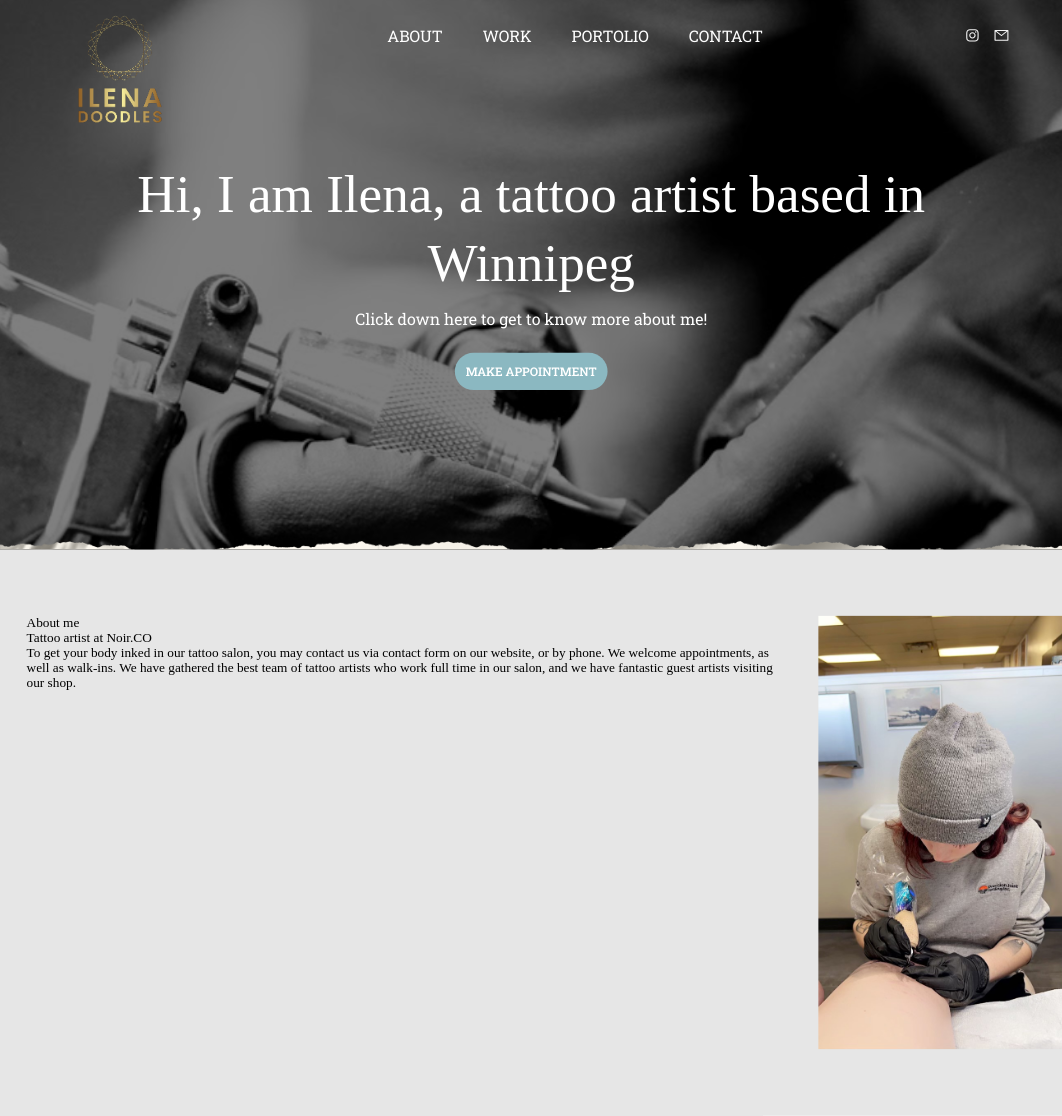
Repository: Leoka2000/Ilena
Page: /
The author's editor kept a copy of each file at every save. The page is drawn from the files as they stood at one save, then again after the next save.
The browser window is 1280 px wide. The pictures show the whole page, at 83% of full size.
Some web fonts or font styles are not loaded; a fallback is used. The project was rebuilt for these pictures with package versions that can differ from the ones it lists, and the page was loaded fresh each time. Also part of the build but not shown: src/App.css.

Above is the page before, as saved 2023-03-02 13:27:50.

After the next save:
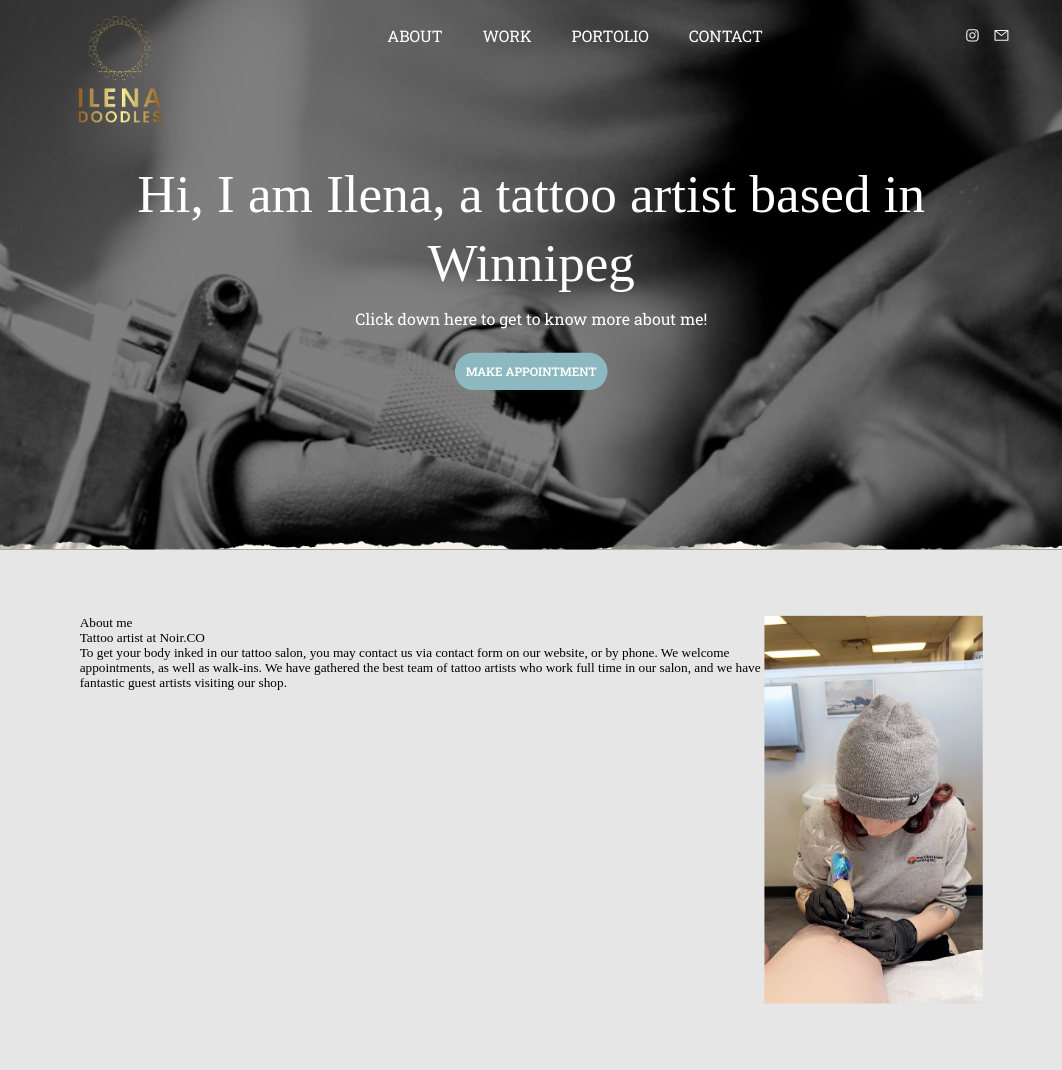
Saved 30 s later.
--- a/src/pages/about/about.css
+++ b/src/pages/about/about.css
@@ -1,9 +1,8 @@
 .about-section {
-    padding: 5rem 0 5rem 0;
+    padding: 5rem 6rem 5rem 6rem;
     background-color: #e6e6e6;
     display: flex;
 }
 .left-about {
-    padding-right: 2rem;
-    padding-left: 2rem;
+
 }
